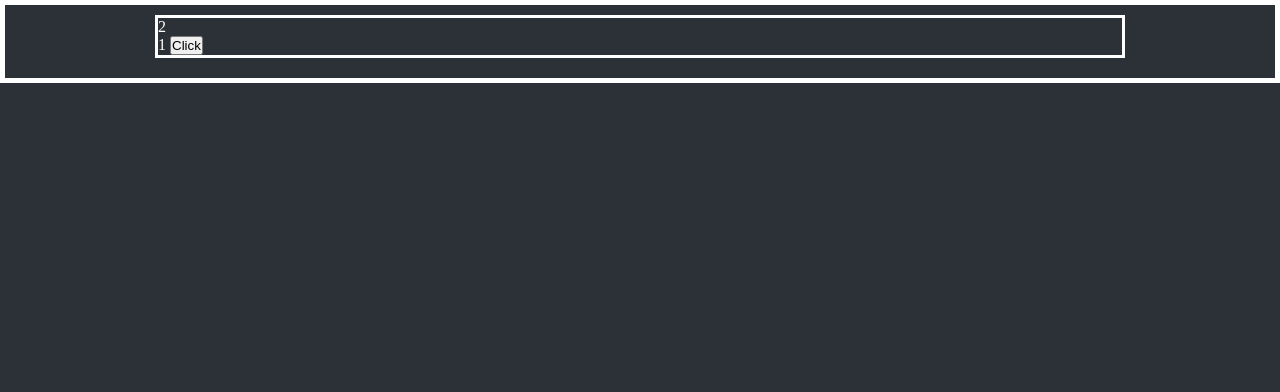
Repository: wakoya-tech/react-project
Page: Desktop/shaakala/hara/index.html
These files come from the project's save history. The page is drawn as it stood at one moment and after the next save; the edit follows.
The browser window is 1280 px wide. The pictures show the whole page.

Above is the page before, as saved 2025-08-29 16:04:31.

### Desktop/shaakala/hara/index.html
<!DOCTYPE html>
<html lang="en">
<head>
    <meta charset="UTF-8">
    <meta name="viewport" content="width=device-width, initial-scale=1.0">
    <title>Document</title>
</head>
<style>
    *{
        box-sizing: border-box;
        margin: 0;
        padding: 0;

    }
    body{
        border: 5px solid white;
        background-color: rgb(43, 49, 54);
    }
    .div2 {
        border: 3px solid white;
        margin: 10px 150px 20px 150px;
        color: white;
    }

</style>
<body>

    <div class="div2">
        2
        <div class="div1">
            1
            <button>Click</button>
        </div>
    </div>
    <script src="../hara/script.js"></script>
</body>
</html>

Loaded but not shown: Desktop/shaakala/hara/script.js (no stored copy; drawn as an empty file)

After the next save:
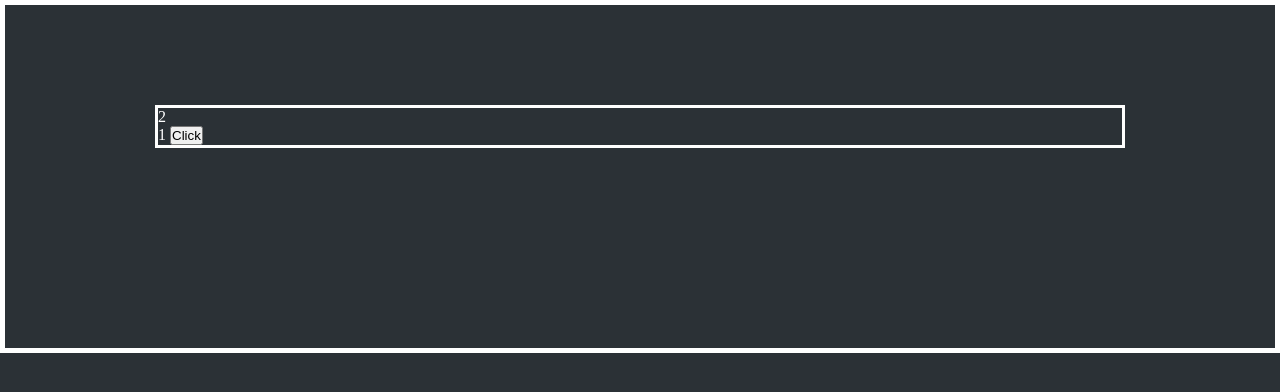
Saved 12 s later.
--- a/Desktop/shaakala/hara/index.html
+++ b/Desktop/shaakala/hara/index.html
@@ -18,7 +18,7 @@
     }
     .div2 {
         border: 3px solid white;
-        margin: 10px 150px 20px 150px;
+        margin: 100px 150px 200px 150px;
         color: white;
     }
 
